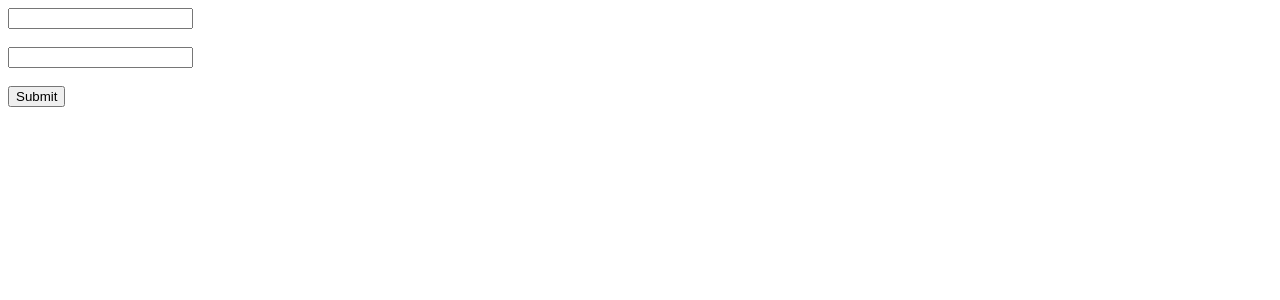
Repository: surajkumarsharma4/spring
Page: http://localhost/student-app-mvc/addsubject.jsp
These files come from the project's save history. The page is drawn as it stood at one moment and after the next save; the edit follows.
The browser window is 1280 px wide. The pictures show the whole page.
The page is served by Tomcat 9. Other server files are loaded and not shown.

Above is the page before, as saved 2024-04-22 02:49:04.

### student-app-mvc/src/main/webapp/addsubject.jsp
<%@ page language="java" contentType="text/html; charset=ISO-8859-1"
    pageEncoding="ISO-8859-1"%>
<!DOCTYPE html>
<html>
<head>
<meta charset="ISO-8859-1">
<title>Insert title here</title>
</head>
<body>
	<form  action="savesubject" method="post">
		<input name="subjectName"><br><br>
		<input name="marks"><br><br>
		<input type="submit">
	</form>
</body>
</html>

After the next save:
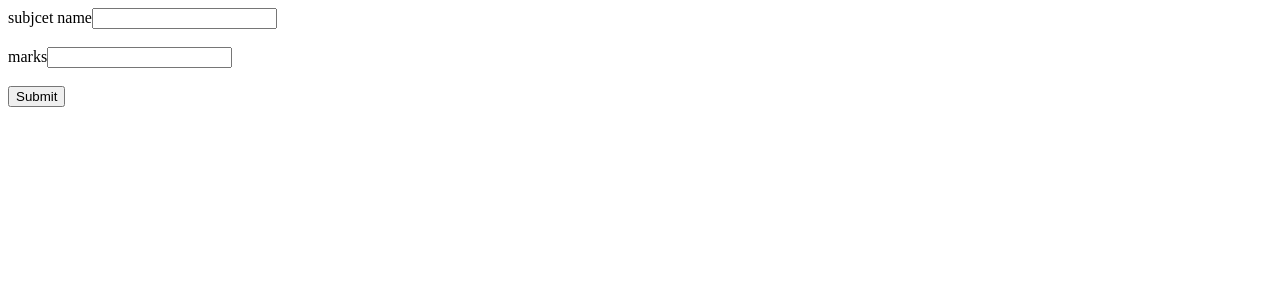
Saved 35 s later.
--- a/student-app-mvc/src/main/webapp/addsubject.jsp
+++ b/student-app-mvc/src/main/webapp/addsubject.jsp
@@ -8,8 +8,8 @@
 </head>
 <body>
 	<form  action="savesubject" method="post">
-		<input name="subjectName"><br><br>
-		<input name="marks"><br><br>
+		subjcet name<input name="subjectName"><br><br>
+		marks<input name="marks"><br><br>
 		<input type="submit">
 	</form>
 </body>
